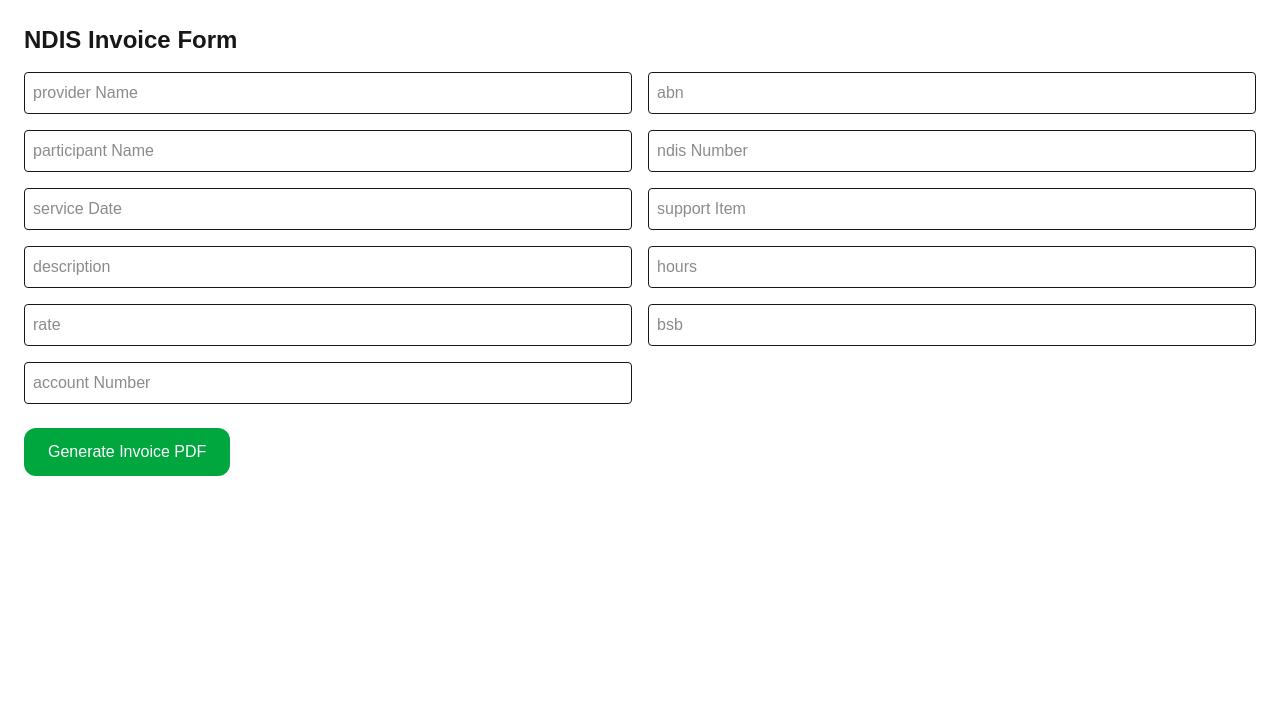
Repository: shreeyanshujha/ndis-invoice-generator
Page: /invoice
An editor plug-in stored every save of this project. The page is shown before and after the next save, followed by the edit.
The browser window is 1280 px wide. The pictures show the whole page.
The project was rebuilt for these pictures with package versions that can differ from the ones it lists, and the page was loaded fresh each time. The framework's server and built-in components were replaced by stand-ins that run in the browser. Also part of the build but not shown: next.config.mjs.

Above is the page before, as saved 2025-04-02 18:26:22.

After the next save:
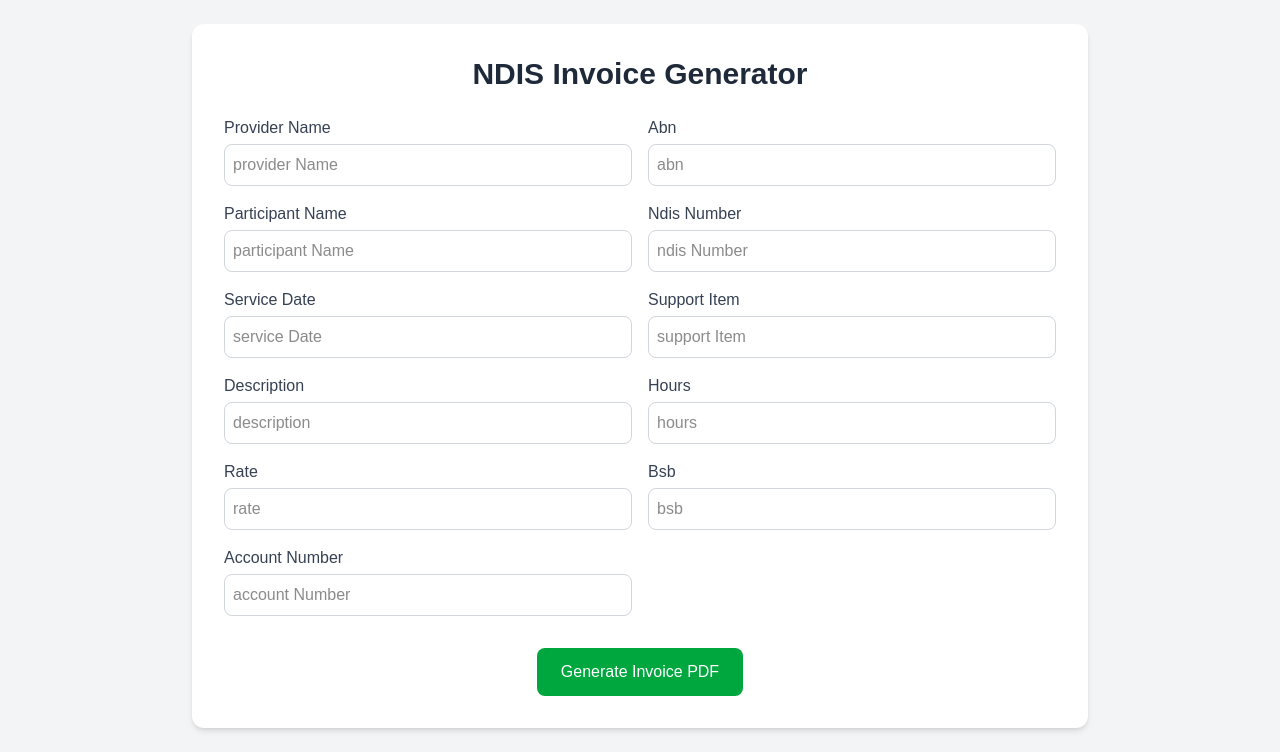
Saved 17 min 27 s later.
--- a/pages/invoice.js
+++ b/pages/invoice.js
@@ -72,26 +72,32 @@
   };
 
   return (
-    <div className="min-h-screen bg-white p-6">
-      <h2 className="text-2xl font-bold mb-4">NDIS Invoice Form</h2>
-      <div className="grid grid-cols-1 md:grid-cols-2 gap-4">
-        {Object.entries(form).map(([key, value]) => (
-          <input
-            key={key}
-            name={key}
-            placeholder={key.replace(/([A-Z])/g, ' $1')}
-            value={value}
-            onChange={handleChange}
-            className="border p-2 rounded"
-          />
-        ))}
+    <div className="min-h-screen bg-gray-100 flex justify-center items-start p-6">
+      <div className="bg-white w-full max-w-4xl rounded-xl shadow-md p-8">
+        <h2 className="text-3xl font-bold mb-6 text-center text-gray-800">NDIS Invoice Generator</h2>
+        <div className="grid grid-cols-1 md:grid-cols-2 gap-4">
+          {Object.entries(form).map(([key, value]) => (
+            <div key={key} className="flex flex-col">
+              <label className="text-gray-700 mb-1 capitalize">{key.replace(/([A-Z])/g, ' $1')}</label>
+              <input
+                name={key}
+                placeholder={key.replace(/([A-Z])/g, ' $1')}
+                value={value}
+                onChange={handleChange}
+                className="border border-gray-300 p-2 rounded-lg focus:outline-none focus:ring-2 focus:ring-blue-500"
+              />
+            </div>
+          ))}
+        </div>
+        <div className="flex justify-center mt-8">
+          <button
+            onClick={generatePDF}
+            className="px-6 py-3 bg-green-600 text-white rounded-lg hover:bg-green-700 transition"
+          >
+            Generate Invoice PDF
+          </button>
+        </div>
       </div>
-      <button
-        onClick={generatePDF}
-        className="mt-6 px-6 py-3 bg-green-600 text-white rounded-xl hover:bg-green-700"
-      >
-        Generate Invoice PDF
-      </button>
     </div>
   );
 }
